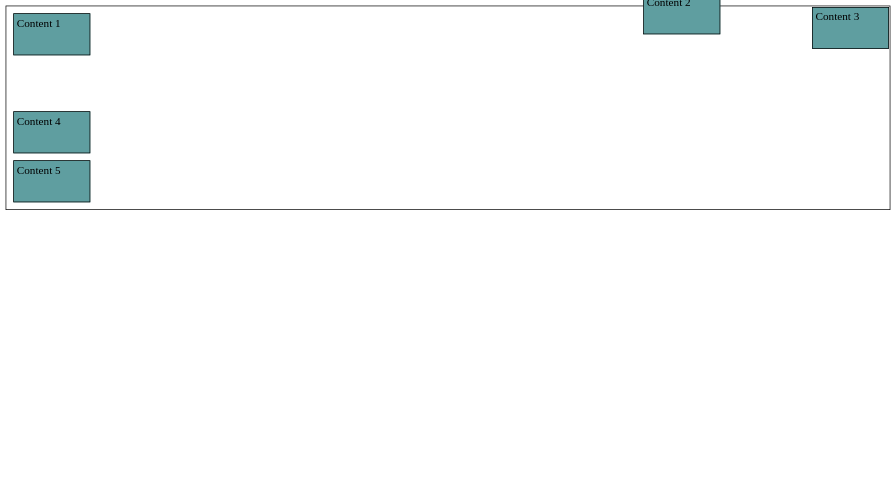
Repository: sammkrt/saltPrecourse
Page: css-trainingGround/cssPositioning.html
The author's editor kept a copy of each file at every save. The page is drawn from the files as they stood at one save, then again after the next save.
The browser window is 1280 px wide. The pictures show the part of the page from y = 0 to 1920 px (the page is 720 px tall before and 8018 px after), at 70% of full size.

Above is the page before, as saved 2022-12-22 10:54:27.

### css-trainingGround/cssPositioning.html
<!DOCTYPE html>
<html lang="en">
<head>
    <title>Css Positioning</title>
    <style>
        main {
            border: 1px solid black;
        }
        div {
            background-color: cadetblue;
            width: 100px;
            height: 50px;
            margin: 10px;
            padding: 4px;
            border: 1px solid black;
        }
        .relativePositioning {
            position: relative;
            top: -100px;
            left: 900px;
        }
        .fixedPositioning {
            position: fixed;
            top: 0px;
            right: 0px;
        }
    </style>
</head>
<body>
    <main>
        <div>Content 1</div>
        <div class="relativePositioning">Content 2</div>
        <div class="fixedPositioning">Content 3</div>
        <div>Content 4</div>
        <div>Content 5</div>
    </main>
</body>
</html>

After the next save:
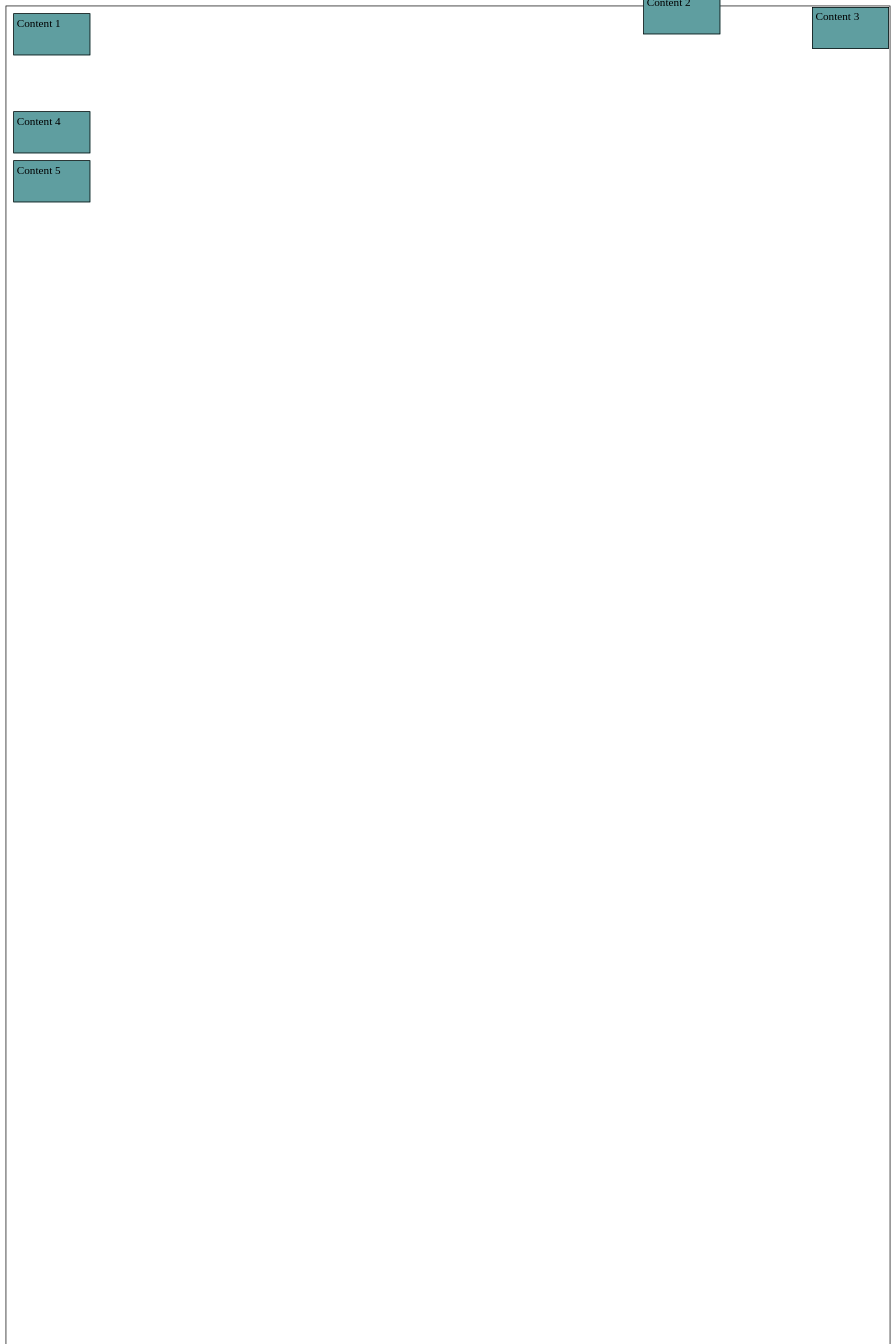
Saved 21 s later.
--- a/css-trainingGround/cssPositioning.html
+++ b/css-trainingGround/cssPositioning.html
@@ -5,6 +5,7 @@
     <style>
         main {
             border: 1px solid black;
+            height: 8000px;
         }
         div {
             background-color: cadetblue;
